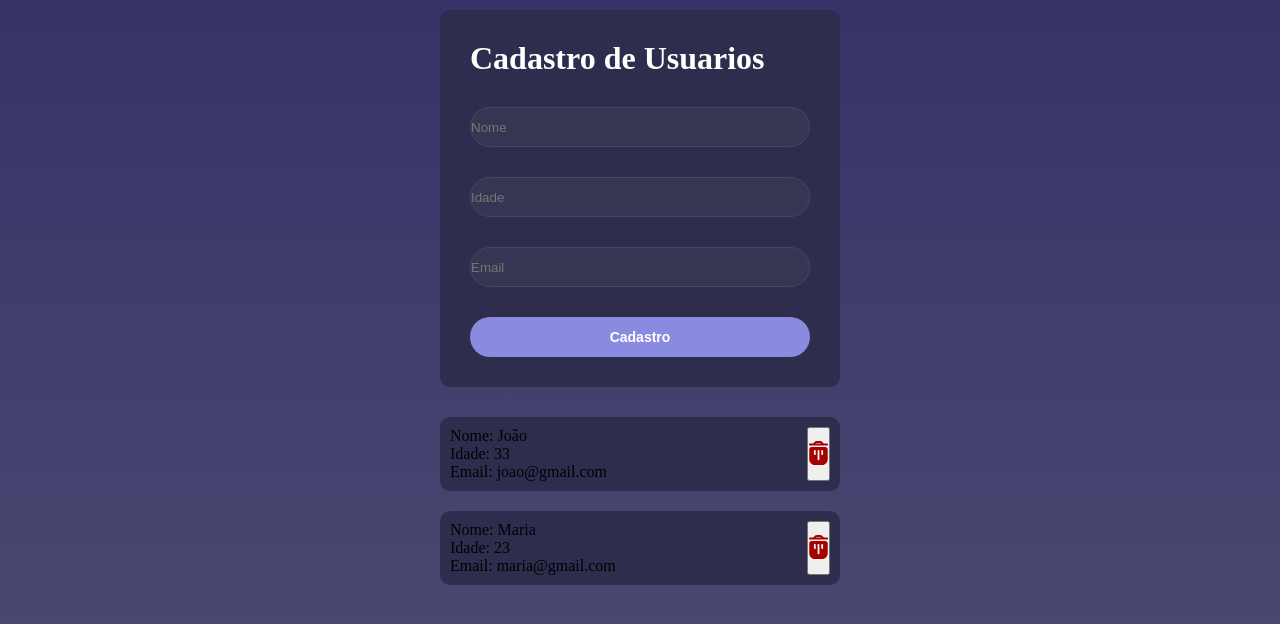
Repository: Rubenslourenco/api-react-node
Page: / (app in devclub-cadastro/)
These files come from the project's save history. The page is drawn as it stood at one moment and after the next save; the edit follows.
The browser window is 1280 px wide. The pictures show the whole page.
The project was rebuilt for these pictures with package versions that can differ from the ones it lists, and the page was loaded fresh each time. Also part of the build but not shown: devclub-cadastro/vite.config.js.

Above is the page before, as saved 2025-01-27 10:52:00.

### devclub-cadastro/index.html
<!DOCTYPE html>
<html lang="en">
  <head>
    <meta charset="UTF-8" />
    <link rel="icon" type="image/svg+xml" href="/vite.svg" />
    <meta name="viewport" content="width=device-width, initial-scale=1.0" />
    <link rel="preconnect" href="https://fonts.googleapis.com" />
    <link rel="preconnect" href="https://fonts.gstatic.com" crossorigin />
    <link
      href="https://fonts.googleapis.com/css2?family=Poppins:ital,wght@0,100;0,200;0,300;0,400;0,500;0,600;0,700;0,800;0,900;1,100;1,200;1,300;1,400;1,500;1,600;1,700;1,800;1,900&display=swap"
      rel="stylesheet"
    />
    <title>DevClib - cadastro de Usuarios</title>
  </head>
  <body>
    <div id="root"></div>
    <script type="module" src="/src/main.jsx"></script>
  </body>
</html>

### devclub-cadastro/src/main.jsx
import { StrictMode } from "react";
import { createRoot } from "react-dom/client";
import "./index.css";
import Home from "./pages/Home";

createRoot(document.getElementById("root")).render(
  <StrictMode>
    <Home />
  </StrictMode>
);

### devclub-cadastro/src/index.css
* {
  margin: 0;
  padding: 0;
  box-sizing: border-box;
}

body {
  min-height: 100vh;
  width: 100vw;
  background: linear-gradient(180deg, #363467 0%, rgba(30, 29, 79, 0.8) 100%);
}

### devclub-cadastro/src/pages/Home/index.jsx
import "./style.css";
import Trash from "../../assets/trash.svg";

function Home() {
  const users = [
    {
      id: "32545sdfafas",
      name: "João",
      age: 33,
      email: "joao@gmail.com",
    },
    {
      id: "345455dadaafas",
      name: "Maria",
      age: 23,
      email: "maria@gmail.com",
    },
  ];

  return (
    <div className="container">
      <form>
        <h1>Cadastro de Usuarios</h1>
        <input placeholder="Nome" name="nome" type="text" />
        <input placeholder="Idade" name="idade" type="number" />
        <input placeholder="Email" name="email" type="email" />
        <button type="button">Cadastro</button>
      </form>
      {users.map((user) => (
        <div key={user.id} className="card">
          <div>
            <p>
              Nome: <span>{user.name} </span>
            </p>
            <p>
              Idade: <span>{user.age}</span>
            </p>
            <p>
              Email: <span>{user.email}</span>
            </p>
          </div>

          <button>
            <img src={Trash} alt="" />
          </button>
        </div>
      ))}
    </div>
  );
}

export default Home;

### devclub-cadastro/src/pages/Home/style.css
.container {
  display: flex;
  align-items: center;
  flex-direction: column;
  padding-top: 10px;
}

h1 {
  color: #fff;
  font-size: 32px;
}

form {
  display: flex;
  flex-direction: column;
  gap: 30px;
  padding: 30px;
  border-radius: 10px;
  background-color: #2e2d4e;
  max-width: 50%px;
  width: 400px;
  margin-bottom: 20px;

  & button {
    border-radius: 30px;
    background-color: #8b8ae1;
    height: 40px;
    border: none;
    font-weight: bold;
    cursos: pointer;
    color: #fff;
    font-size: 14px;
  }

  & button:hover {
    opacity: 0.8;
  }

  & input {
    border: 1px solid #48456c;
    border-radius: 30px;
    height: 40px;
    background-color: #363653;
  }
}

.card {
  display: flex;
  justify-content: space-between;
  background-color: #2e2d4e;
  margin: 10px;
  padding: 10px;
  width: 400px;
  border-radius: 10px;
}

After the next save:
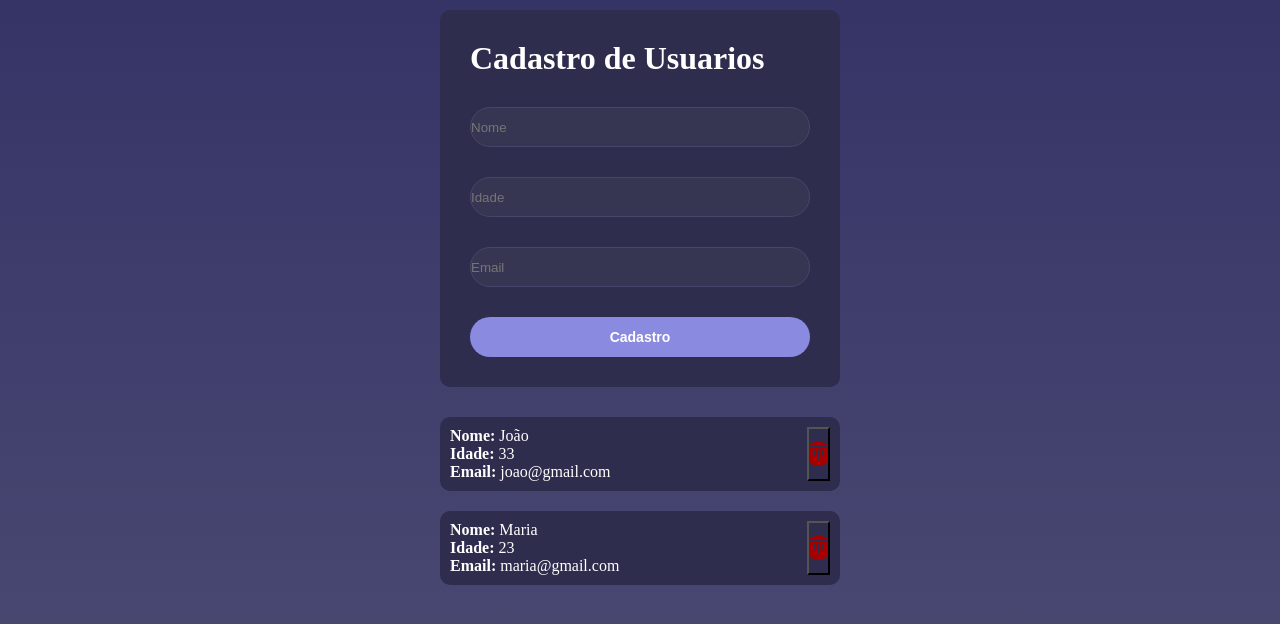
Saved 6 min 36 s later.
--- a/devclub-cadastro/src/pages/Home/style.css
+++ b/devclub-cadastro/src/pages/Home/style.css
@@ -52,4 +52,17 @@ form {
   padding: 10px;
   width: 400px;
   border-radius: 10px;
+
+  & p {
+    color: #fff;
+    font-weight: bold;
+  }
+
+  & span {
+    font-weight: normal;
+  }
+
+  & button {
+    background-color: transparent;
+  }
 }
